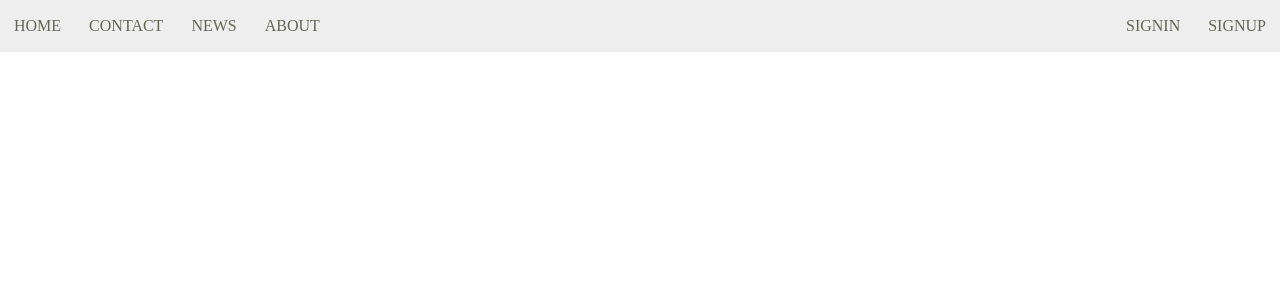
Repository: jesar-enl/My-CSS-Website
Page: index.html
The author's editor kept a copy of each file at every save. The page is drawn from the files as they stood at one save, then again after a run of saves.
The browser window is 1280 px wide. The pictures show the whole page.
The pointer rests on the first visible `ul.topnav li a`.

Above is the page before, as saved 2022-07-26 12:34:04.

After the next 7 saves:
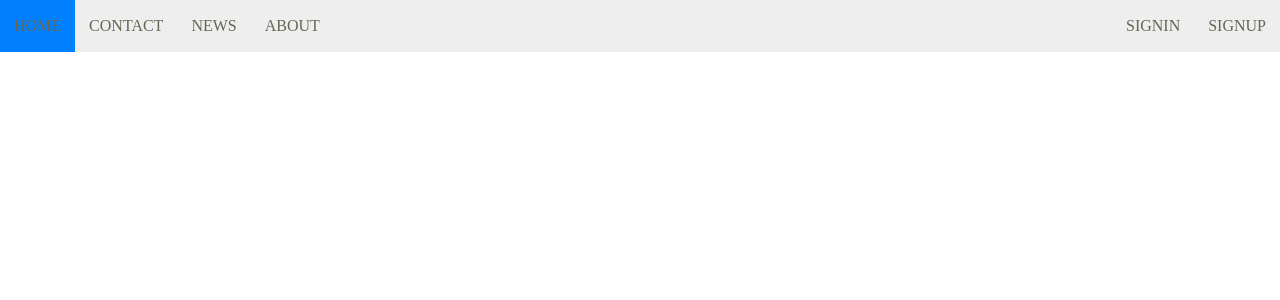
The 7 saves are shown as one change because they came seconds apart.
The last was saved 18 s later.
--- a/style.css
+++ b/style.css
@@ -45,5 +45,6 @@ ul.topnav li a {
 }
 
 ul.topnav li a:hover {
+  background-color: #0080ff;
 
 }
